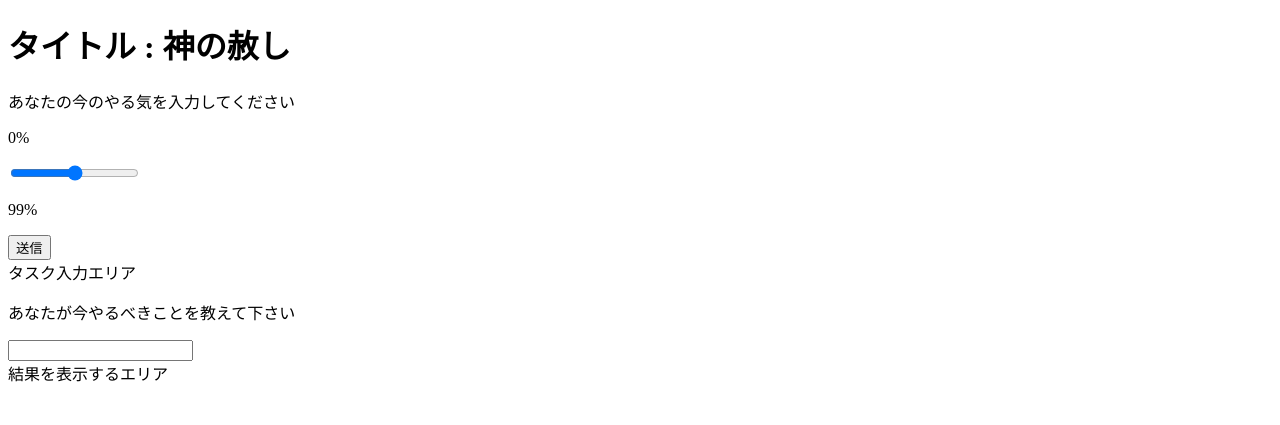
Repository: masa0306/god_forgiveness
Page: index.html
The author's editor kept a copy of each file at every save. The page is drawn from the files as they stood at one save, then again after the next save.
The browser window is 1280 px wide. The pictures show the whole page.

Above is the page before, as saved 2024-05-14 23:12:59.

After the next save:
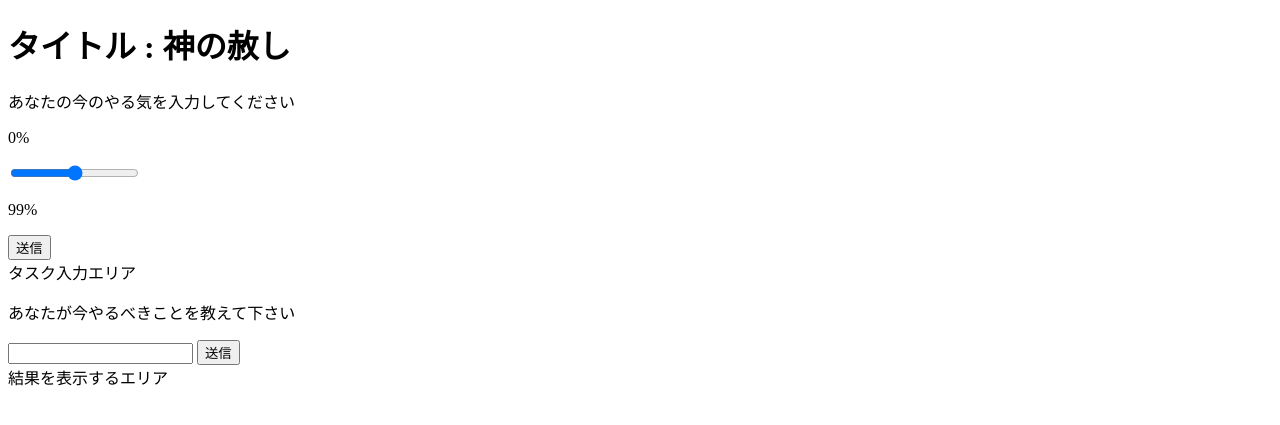
Saved 14 s later.
--- a/index.html
+++ b/index.html
@@ -21,7 +21,7 @@
     <div>タスク入力エリア</div>
         <p>あなたが今やるべきことを教えて下さい</p>
         <input type="text" name="toDo"id="toDo">
-
+        <button id="sendMotivation">送信</button>
     <div>結果を表示するエリア</div>
     <script src="https://ajax.googleapis.com/ajax/libs/jquery/3.7.0/jquery.min.js"></script>
     <script src="/js/script.js"></script>
